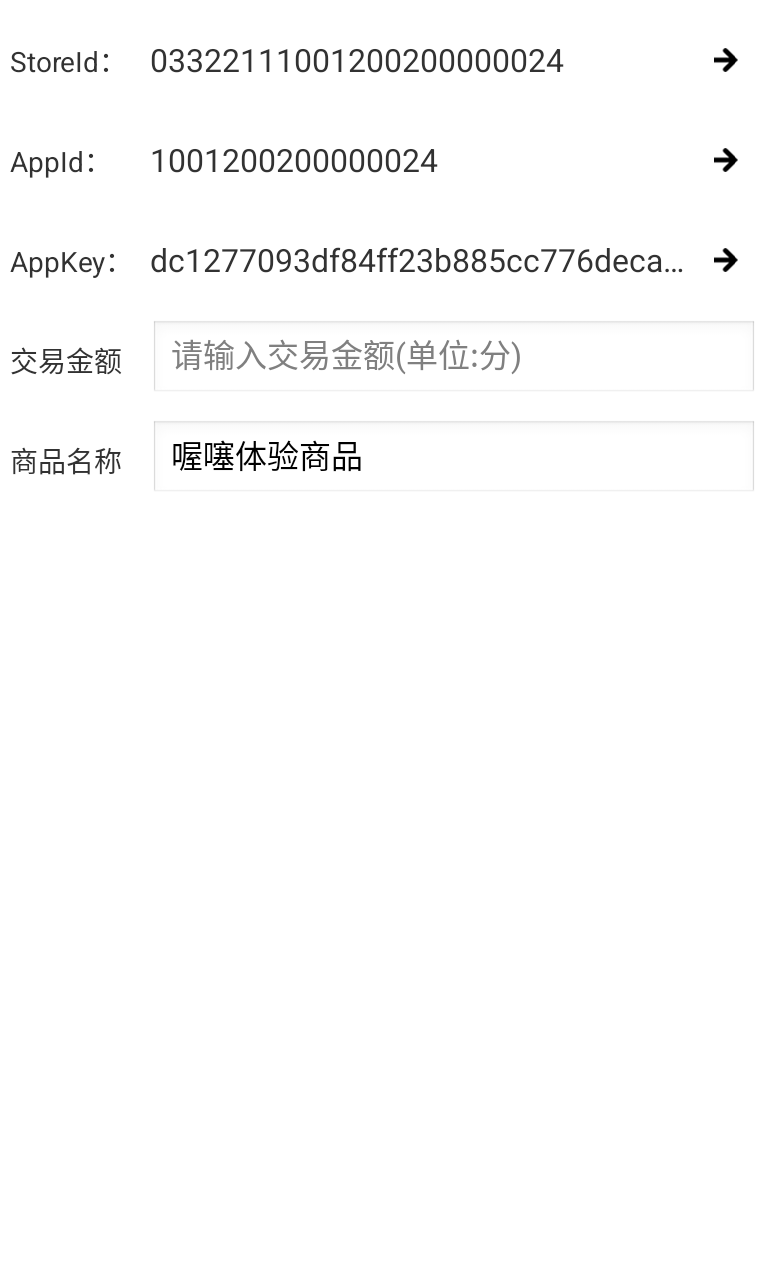
Repository: blanks1314/sysnc_android
Layout: UpayDemo/res/layout/fragment_setting.xml
The author's editor kept a copy of each file at every save. The layout is drawn from the files as they stood at one save, then again after the next save.
It is drawn on a 768 x 1280 px phone screen (xhdpi) without system bars, with theme AppTheme; the app's code is not run.

Above is the layout before, as saved 2015-04-28 04:23:42.

After the next save:
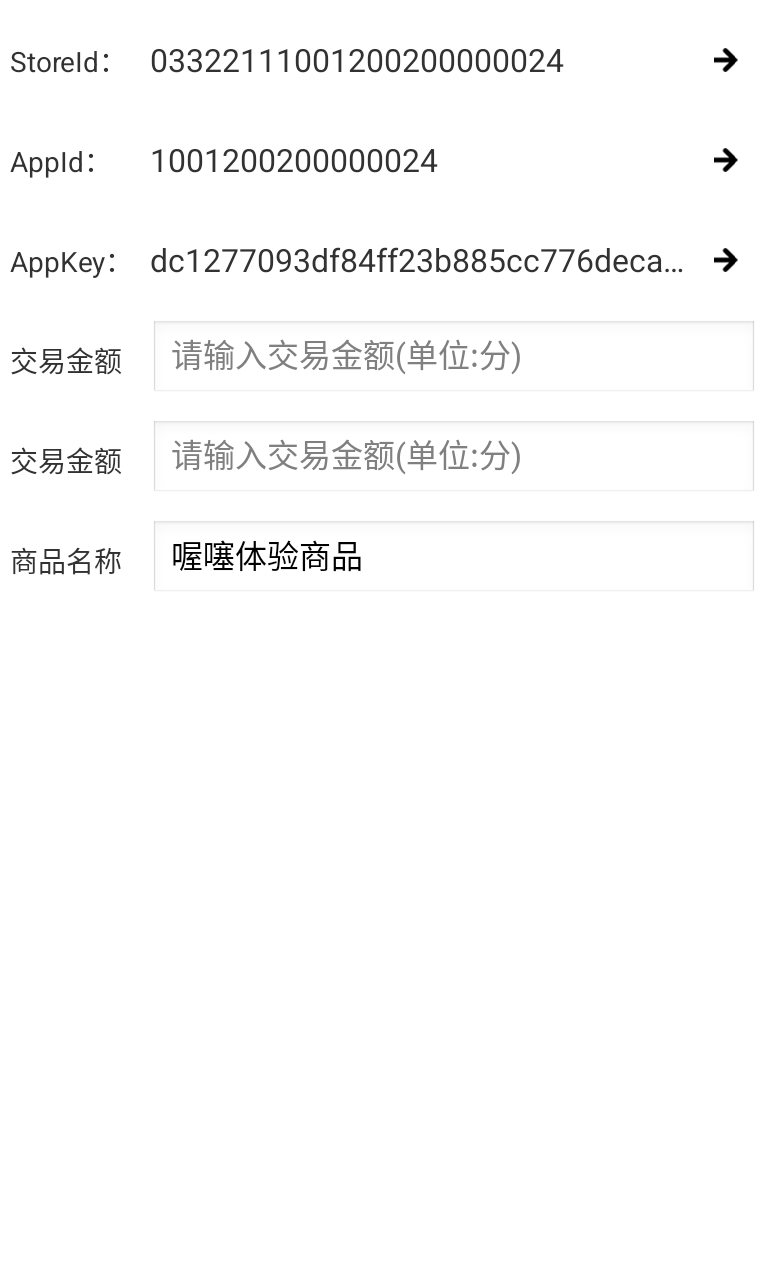
Saved 40 min 47 s later.
--- a/UpayDemo/res/layout/fragment_setting.xml
+++ b/UpayDemo/res/layout/fragment_setting.xml
@@ -65,6 +65,20 @@
             android:text="交易金额" />
 
         <EditText
+            android:id="@+id/tv_orderId"
+            style="@style/edit_style_1"
+            android:hint="请输入交易金额(单位:分)"/>
+
+    </LinearLayout>
+
+    <LinearLayout style="@style/linear_style_1" >
+
+        <TextView
+            android:layout_width="70dp"
+            android:layout_height="wrap_content"
+            android:text="交易金额" />
+
+        <EditText
             android:id="@+id/tv_amount"
             style="@style/edit_style_1"
             android:hint="请输入交易金额(单位:分)"/>
